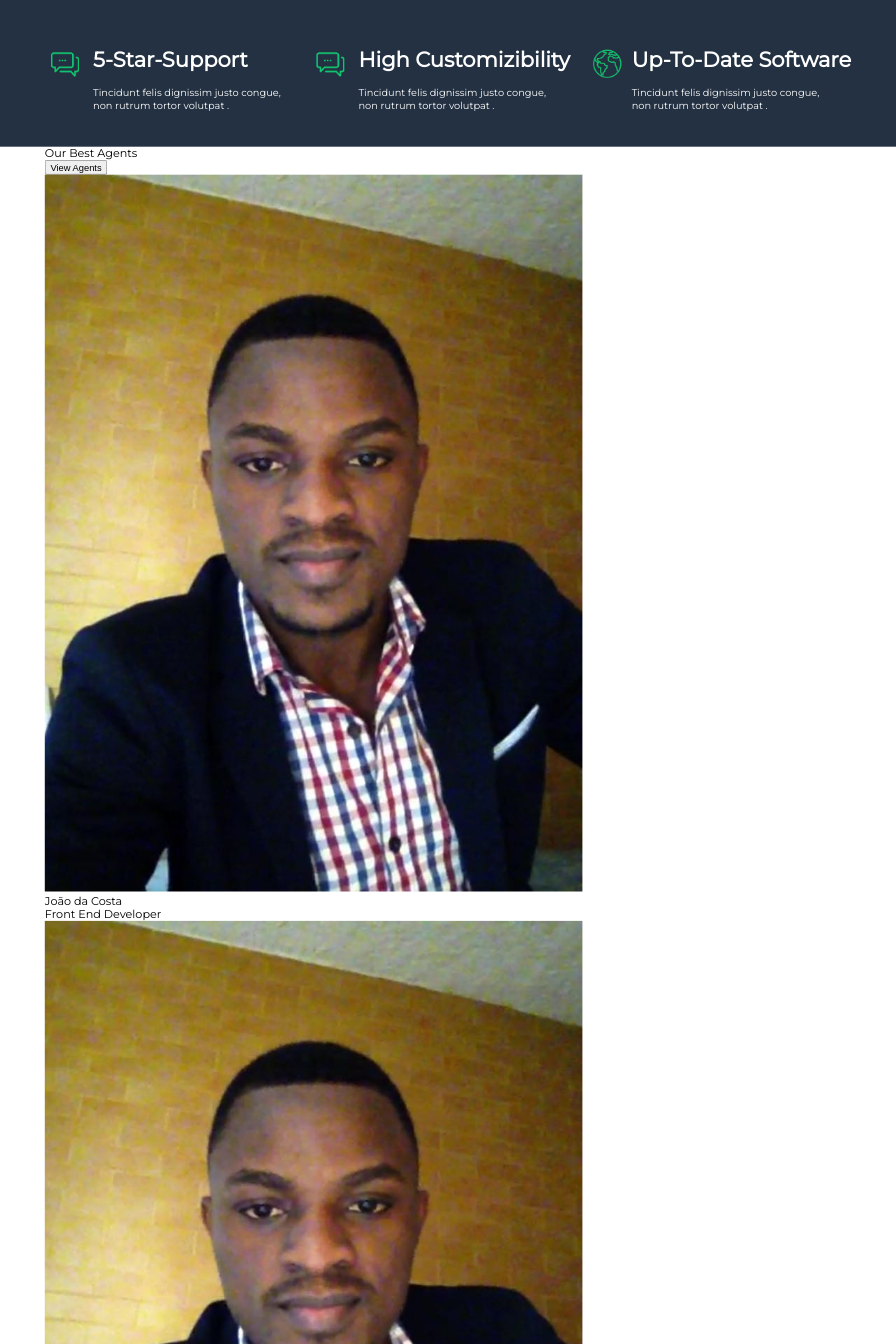
Repository: Yowani24/Real-Estate2
Page: index.html
An editor plug-in stored every save of this project. The page is shown before and after the next save, followed by the edit.
The browser window is 1280 px wide. The pictures show the part of the page from y = 1551 to 3471 px (the page is 4999 px tall before and 2727 px after), at 70% of full size.
Some web fonts or font styles are not loaded; a fallback is used.

Above is the page before, as saved 2021-08-27 14:56:19.

After the next save:
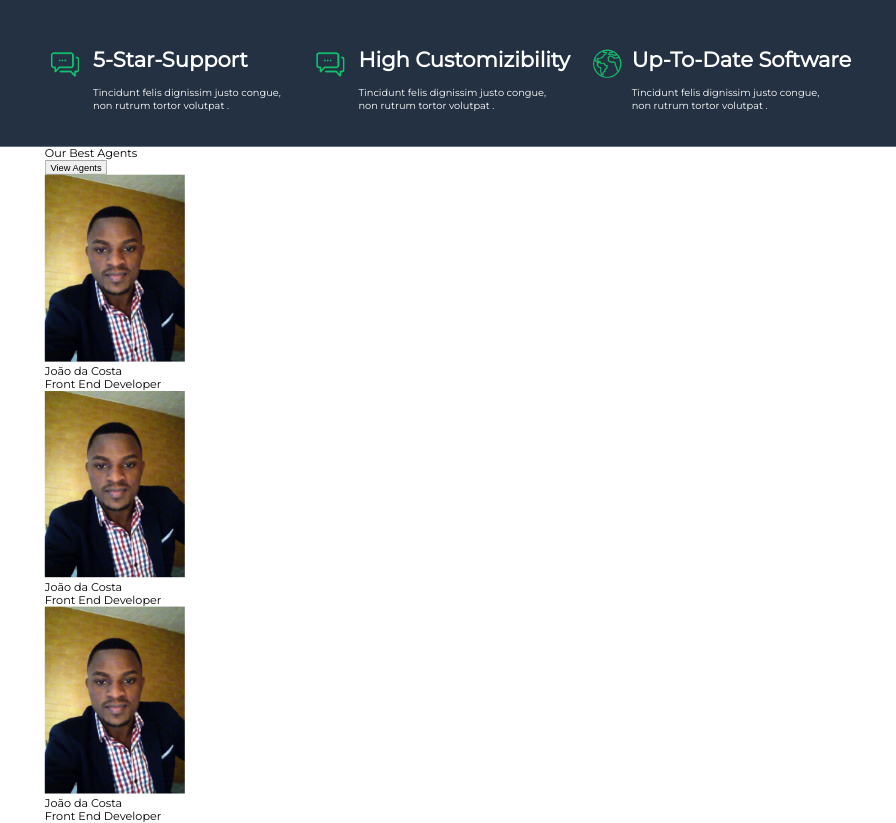
Saved 27 s later.
--- a/styles.css
+++ b/styles.css
@@ -196,3 +196,6 @@ Header .menu nav a{
 .agents_box{
     width: 200px;
 }
+.agents_box img{
+    width: 100%;
+}
